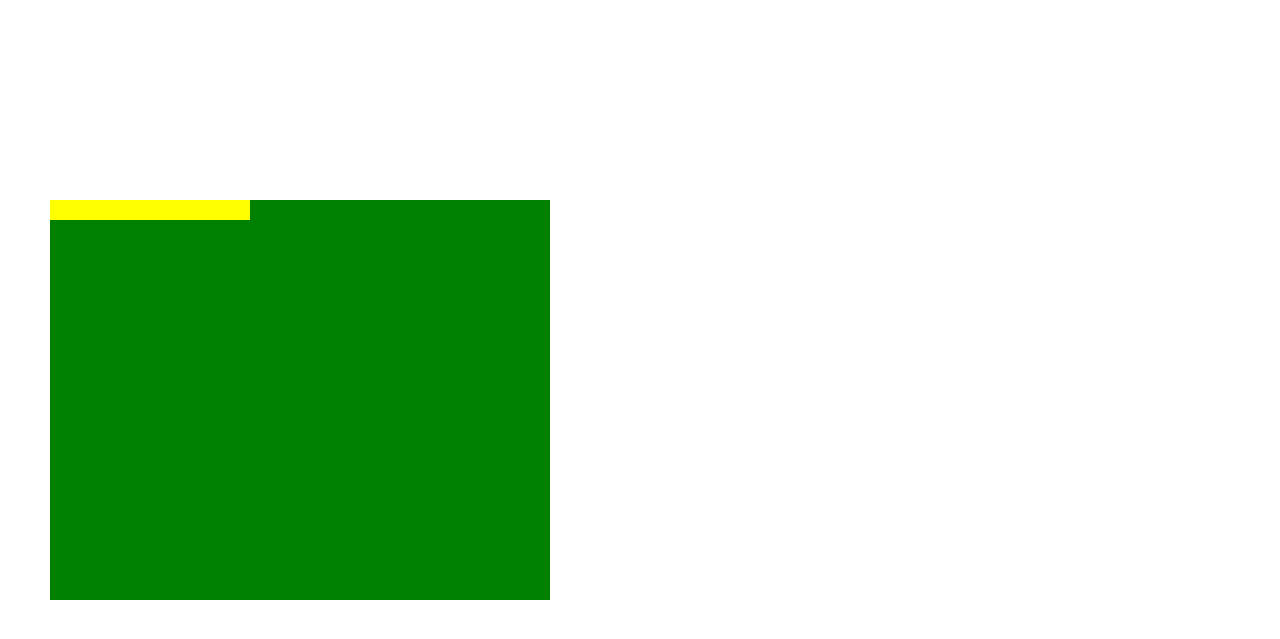
Repository: ziziziczic/kakao
Page: test.html
The author's editor kept a copy of each file at every save. The page is drawn from the files as they stood at one save, then again after the next save.
The browser window is 1280 px wide. The pictures show the whole page.

Above is the page before, as saved 2023-07-12 21:44:36.

### test.html
<!DOCTYPE html>
<html lang="en">
<head>
    <meta charset="UTF-8">
    <meta name="viewport" content="width=device-width, initial-scale=1.0">
    <title>Document</title>
    <style>
        .box{}
    </style>
</head>
<body>
    <div class="container" style="position:absolute; left:50px; top:200px; width:500px; height: 400px; background: green;">
        <div class="box" style="width:auto;max-width:160px;background: yellow;padding:10px 20px;"></div>
    </div>
</body>
</html>

After the next save:
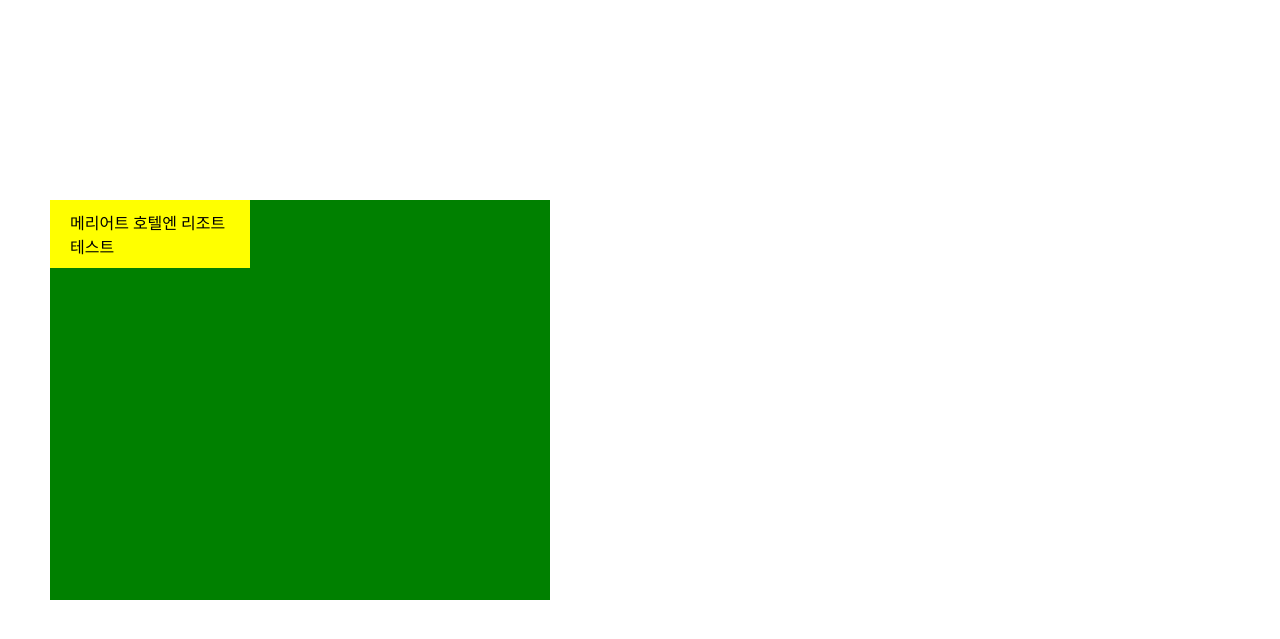
Saved 25 s later.
--- a/test.html
+++ b/test.html
@@ -10,7 +10,7 @@
 </head>
 <body>
     <div class="container" style="position:absolute; left:50px; top:200px; width:500px; height: 400px; background: green;">
-        <div class="box" style="width:auto;max-width:160px;background: yellow;padding:10px 20px;"></div>
+        <div class="box" style="width:auto;max-width:160px;background: yellow;padding:10px 20px;">메리어트 호텔엔 리조트 테스트</div>
     </div>
 </body>
 </html>
